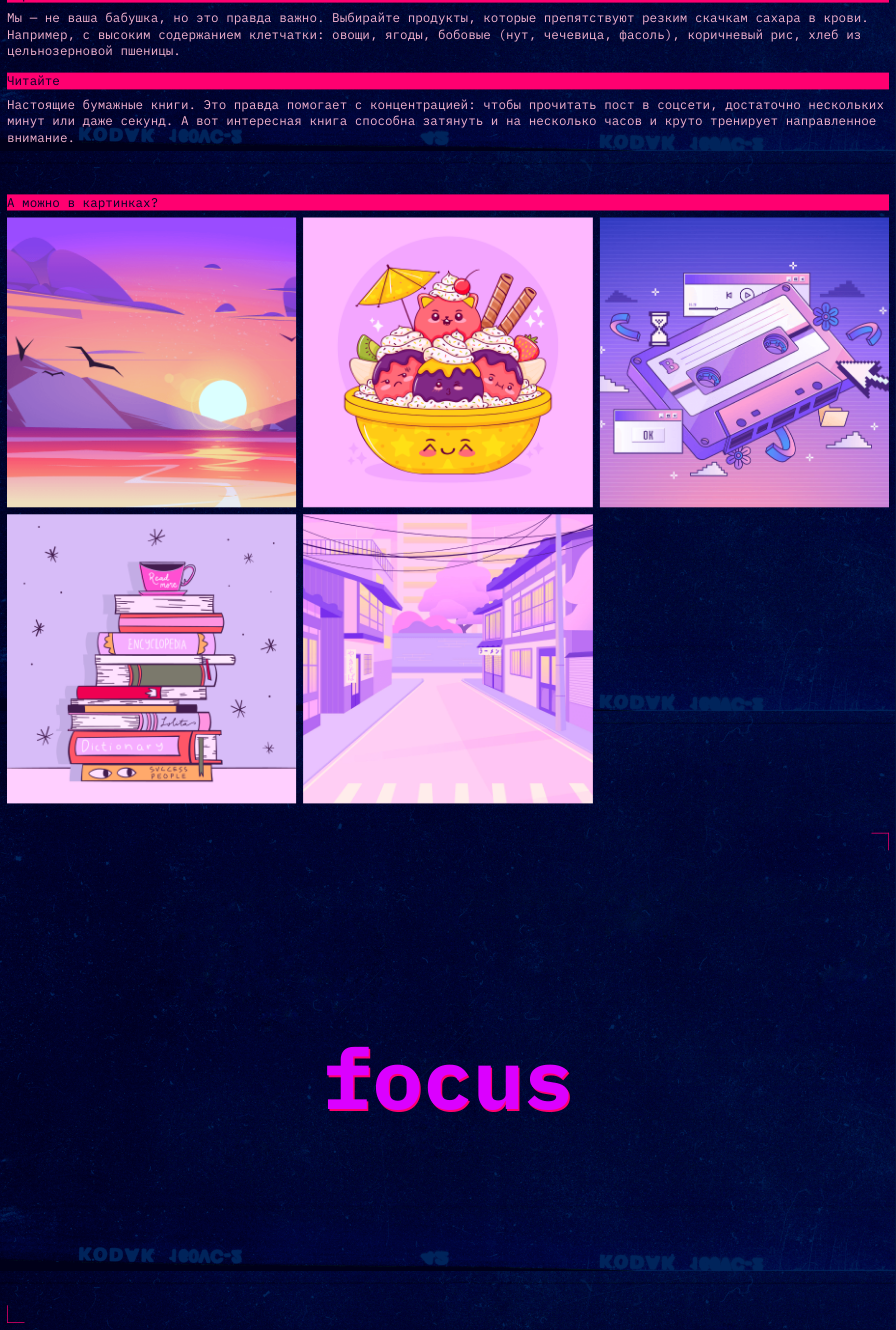
Repository: NikWolf75/slozhno-sosredotochitsya-fd
Page: index.html
These files come from the project's save history. The page is drawn as it stood at one moment and after the next save; the edit follows.
The browser window is 1280 px wide. The pictures show the part of the page from y = 2184 to 4104 px (the page is 4084 px tall before and 4104 px after), at 70% of full size.
Backgrounds fixed to the window are drawn as part of the page.

Above is the page before, as saved 2025-02-27 11:56:01.

After the next save:
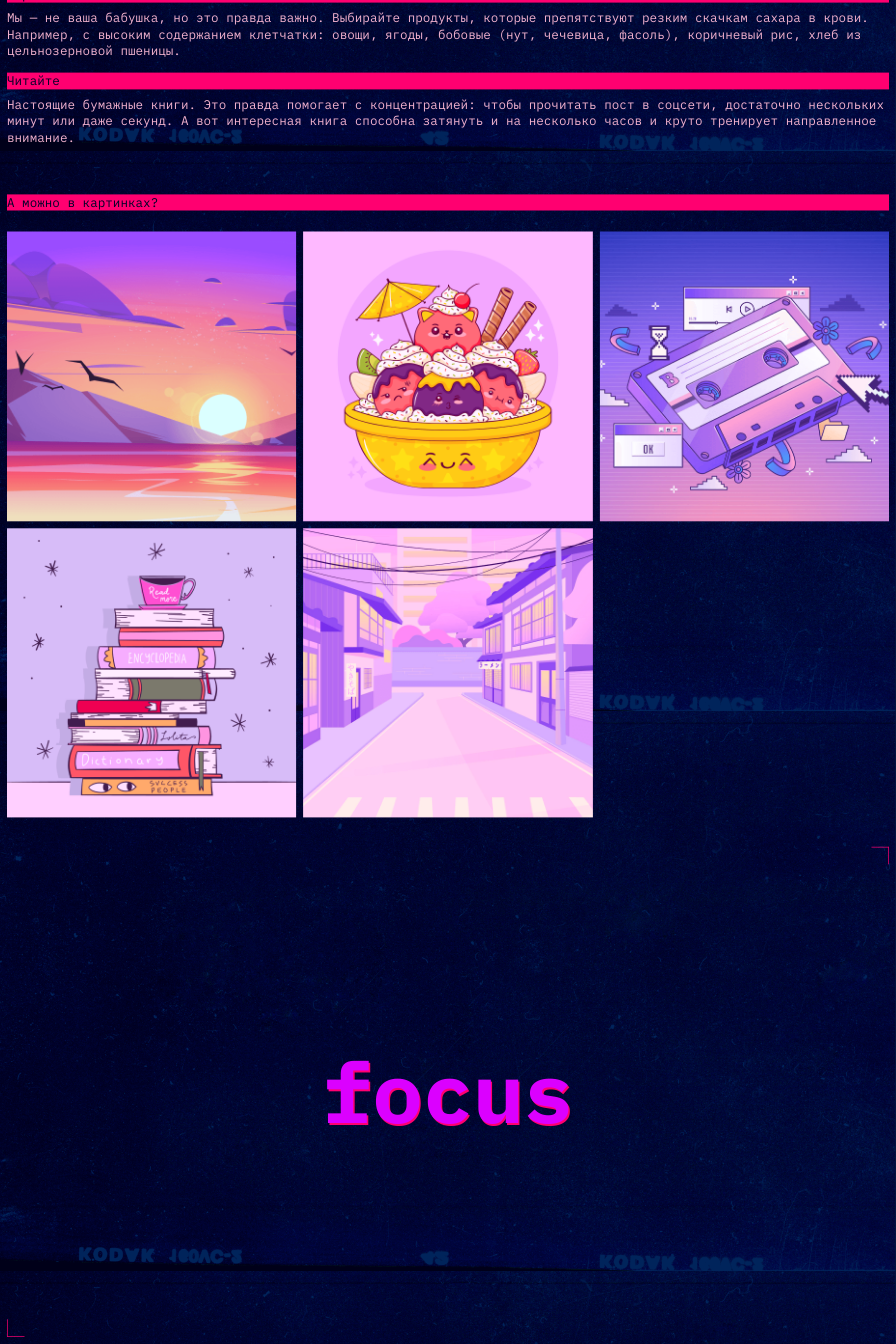
Saved 5 s later.
--- a/styles/style.css
+++ b/styles/style.css
@@ -187,7 +187,7 @@
 }
 
 .content__gallery {
-  gap: 0;
+
 }
 
 .content__section-images_gallery {

After the save that followed:
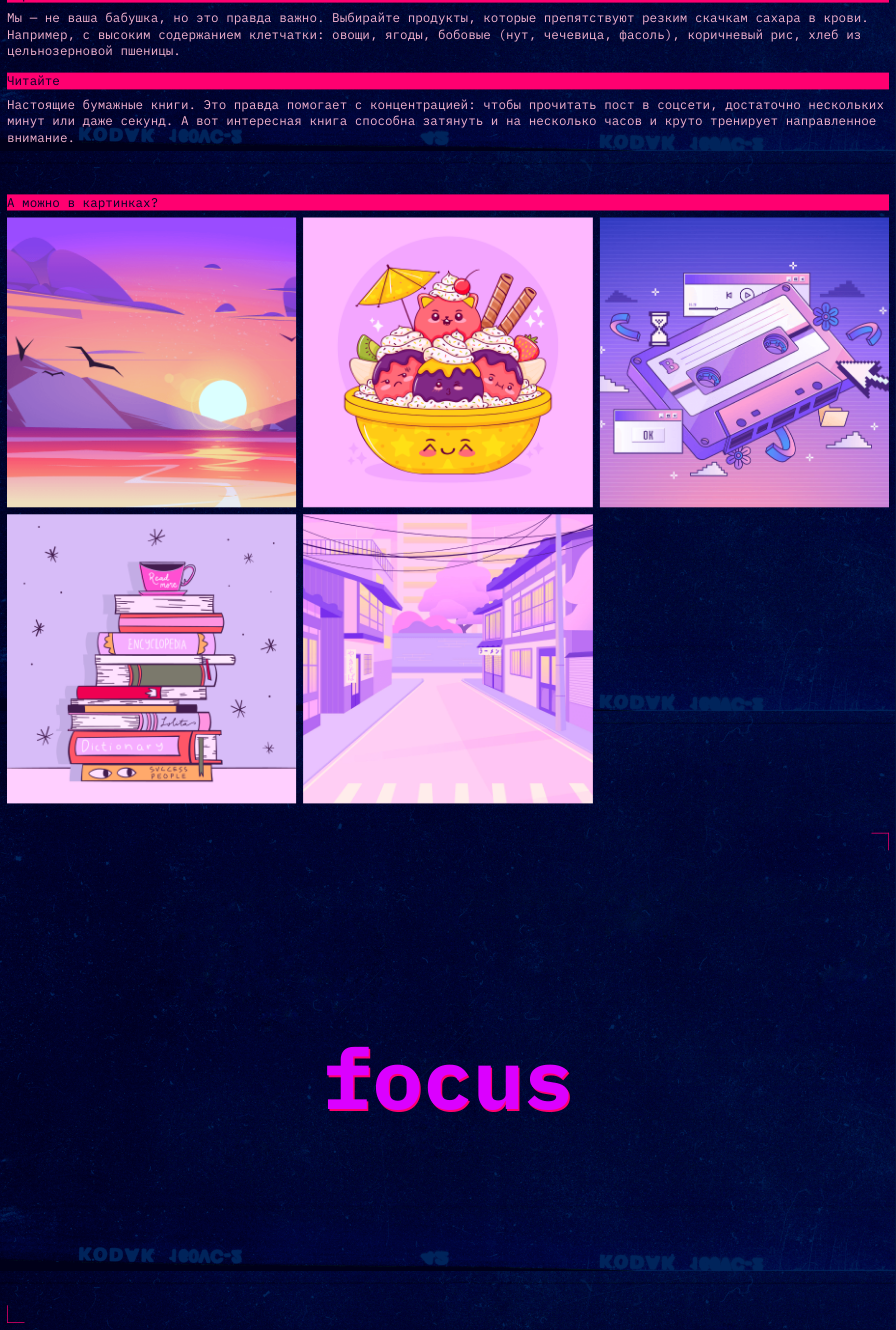
Saved 2 min 5 s later.
--- a/styles/style.css
+++ b/styles/style.css
@@ -187,7 +187,7 @@
 }
 
 .content__gallery {
-
+gap: 0;
 }
 
 .content__section-images_gallery {
